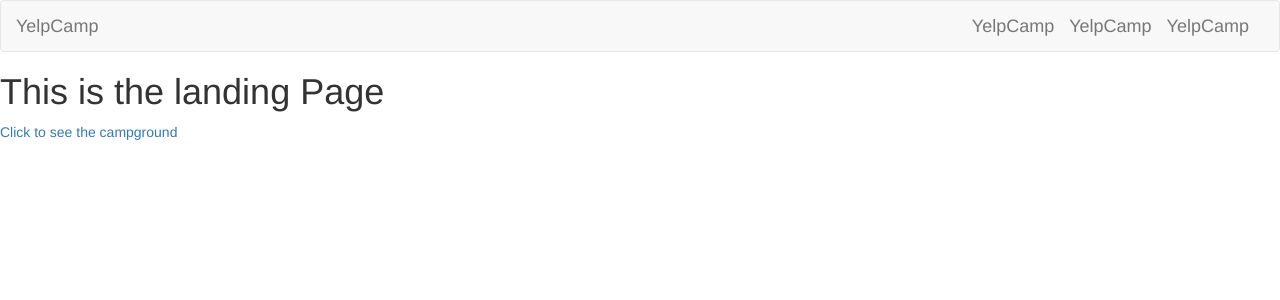
Repository: nittoorp/Web-Developement
Page: http://localhost/
The author's editor kept a record of every edit. The page is drawn from the files as they stood at one moment, then again after the next edit.
The browser window is 1280 px wide. The pictures show the whole page.
The page is served by the project's Node server (YelpCamp/v1/app.js).

Above is the page before.

After the next edit:
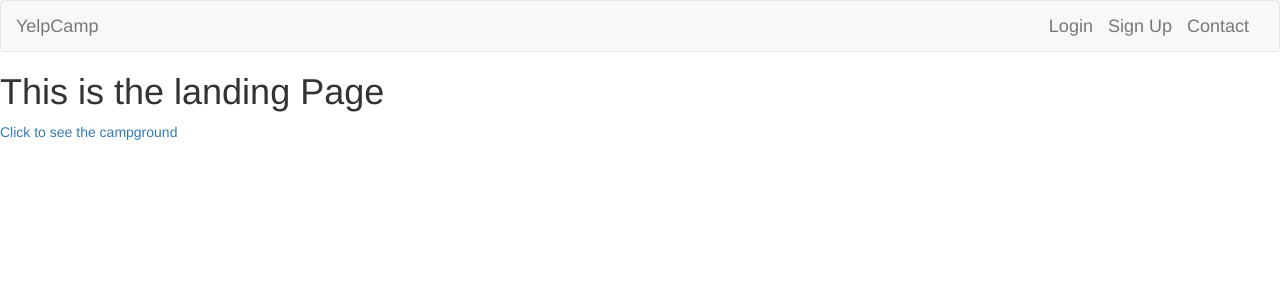
The edit:
--- a/YelpCamp/v1/views/partials/header.ejs
+++ b/YelpCamp/v1/views/partials/header.ejs
@@ -12,9 +12,9 @@
                 </div>
                 <div class="collapse navbar-collapse">
                     <ul class="nav navbar-nav navbar-right">
-                        <li><a class="navbar-brand" href="/">YelpCamp</a></li>
-                        <li><a class="navbar-brand" href="/">YelpCamp</a></li>
-                        <li><a class="navbar-brand" href="/">YelpCamp</a></li>
+                        <li><a class="navbar-brand" href="/">Login</a></li>
+                        <li><a class="navbar-brand" href="/">Sign Up</a></li>
+                        <li><a class="navbar-brand" href="/">Contact</a></li>
                    </ul>
                 </div>
             </div>
